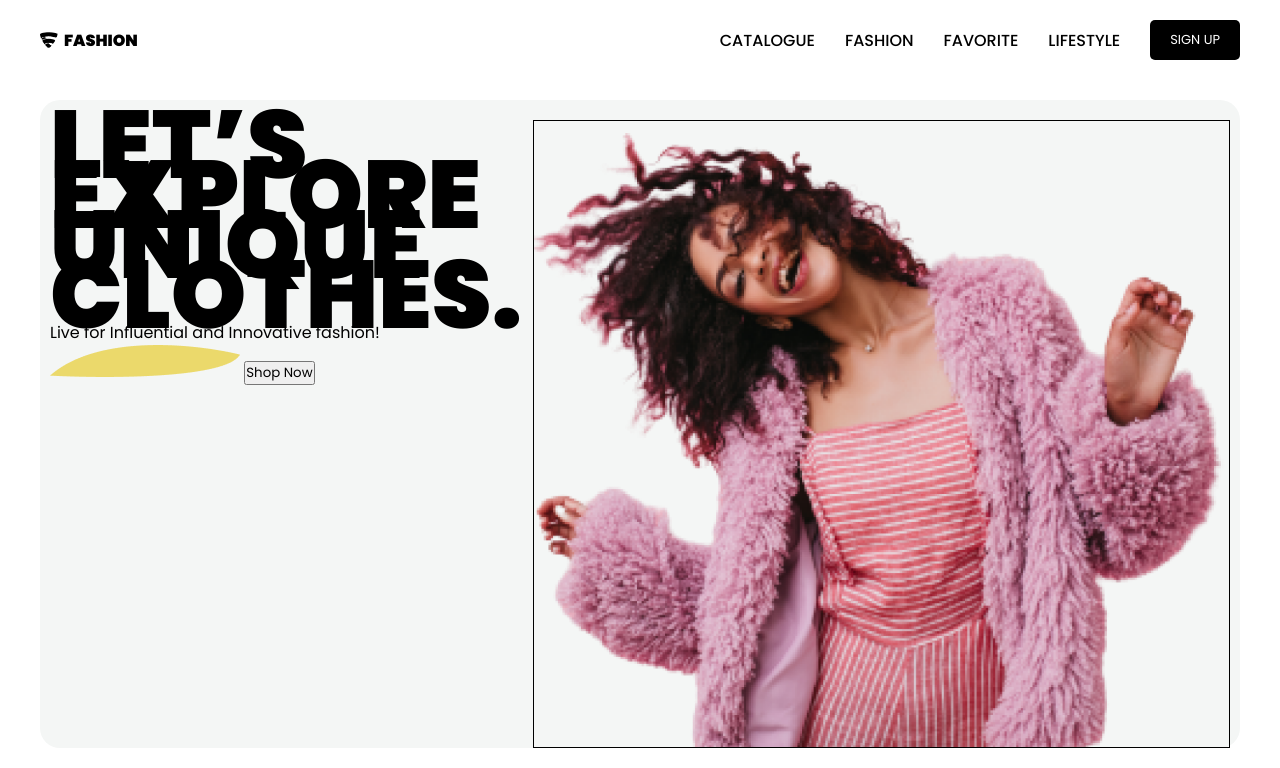
Repository: isaacCodes1/FashionSite2
Page: index.html
The author's editor kept a copy of each file at every save. The page is drawn from the files as they stood at one save, then again after a run of saves.
The browser window is 1280 px wide. The pictures show the whole page.

Above is the page before, as saved 2024-03-11 12:25:45.

After the next 2 saves:
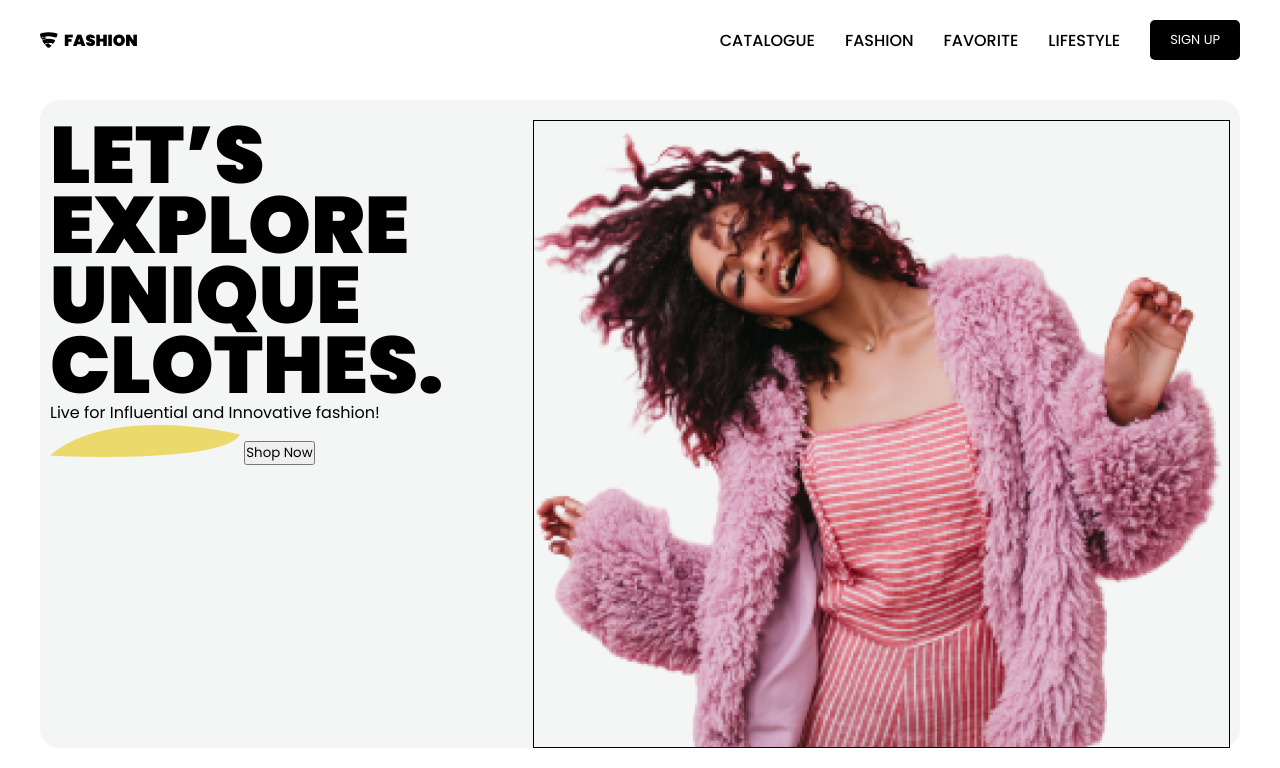
The 2 saves are shown as one change because they came seconds apart.
The last was saved 10 s later.
--- a/style.css
+++ b/style.css
@@ -78,10 +78,10 @@
   flex-direction: column;
 }
 .textContainer h1 {
-  font-size: 96px;
+  font-size: 80px;
   font-weight: 900;
   width: 50%;
-  line-height: 50px;
+  line-height: 70px;
 }
 .imgContainer {
   flex: 0.5;
